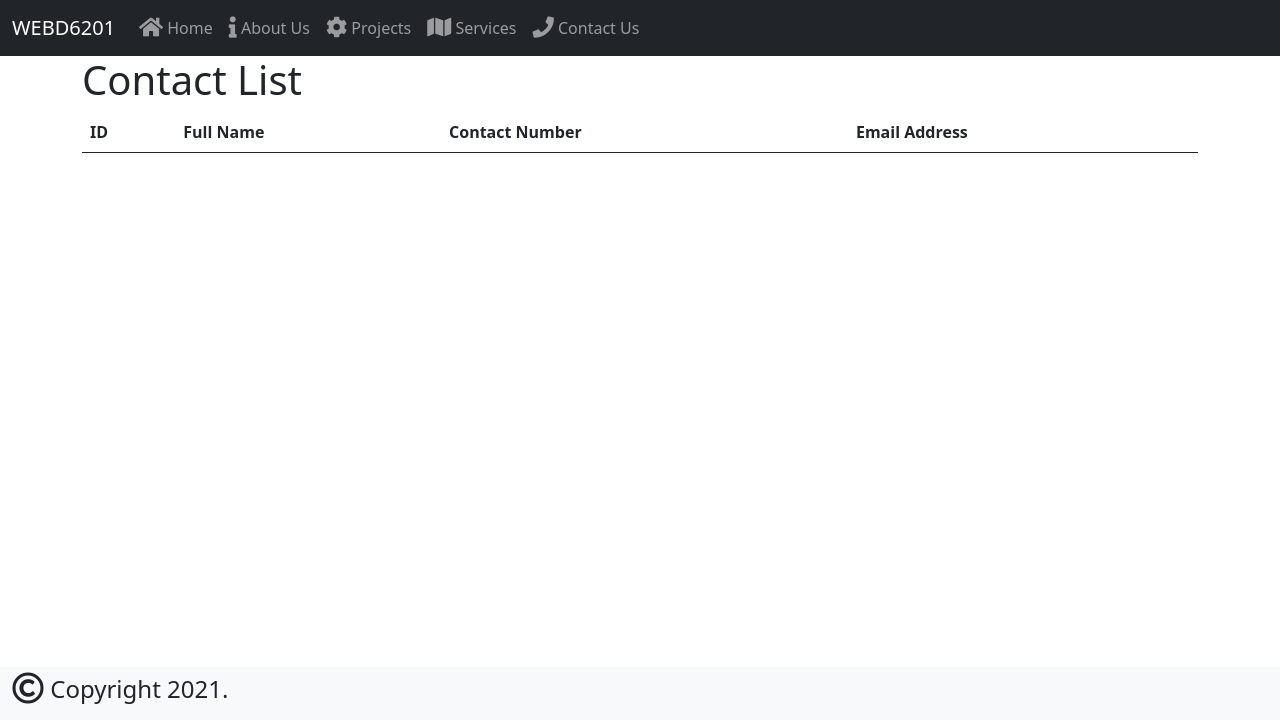
Repository: ahmedrizvi/WEB6201-W2021-ICE02
Page: contact-list.html
These files come from the project's save history. The page is drawn as it stood at one moment and after the next save; the edit follows.
The browser window is 1280 px wide. The pictures show the whole page.

Above is the page before, as saved 2021-01-29 22:38:49.

After the next save:
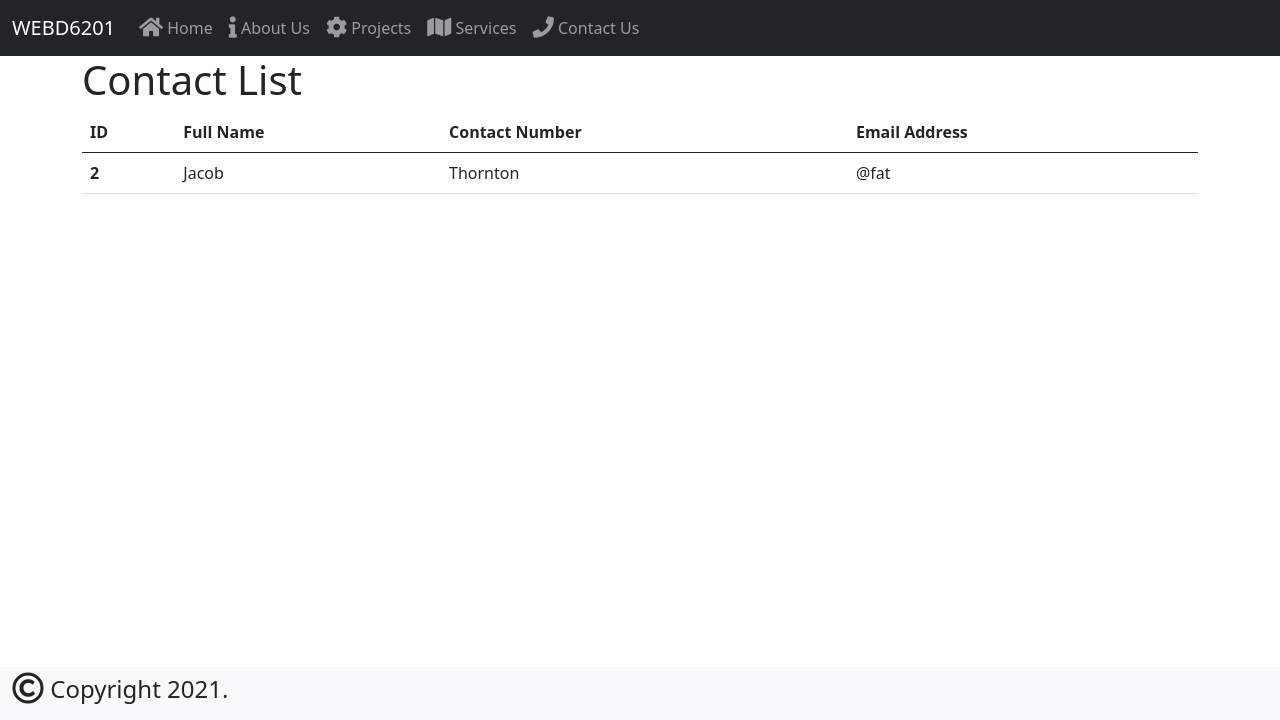
Saved 4 min 8 s later.
--- a/contact-list.html
+++ b/contact-list.html
@@ -62,7 +62,10 @@
                 </tr>
               </thead>
               <tbody id="contactList">
-
+                <th scope="row">2</th>
+                <td>Jacob</td>
+                <td>Thornton</td>
+                <td>@fat</td>
               </tbody>
             </table>
           </div>

After the save that followed:
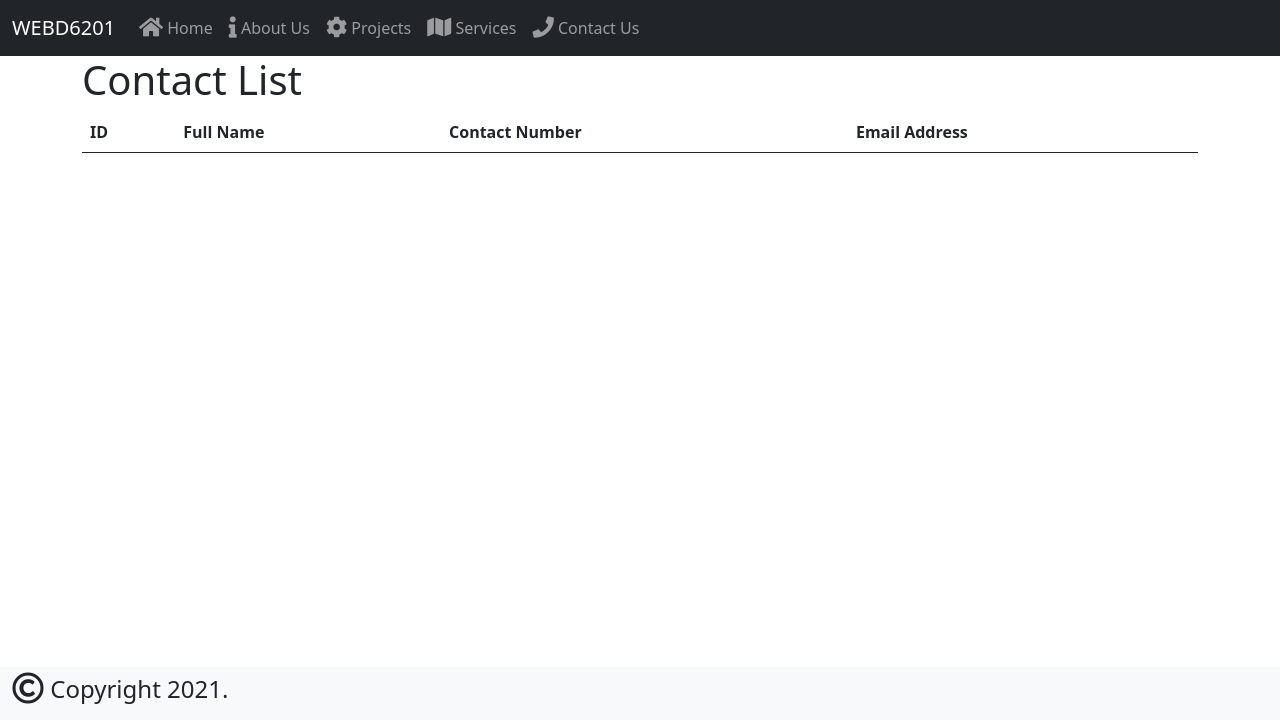
Saved 26 s later.
--- a/contact-list.html
+++ b/contact-list.html
@@ -62,10 +62,6 @@
                 </tr>
               </thead>
               <tbody id="contactList">
-                <th scope="row">2</th>
-                <td>Jacob</td>
-                <td>Thornton</td>
-                <td>@fat</td>
               </tbody>
             </table>
           </div>
